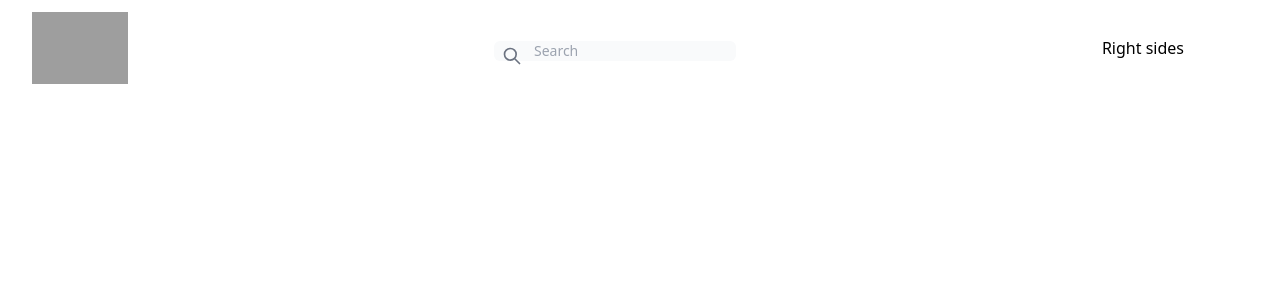
Repository: Mardoqueu/insta-v1
Page: /
The author's editor kept a copy of each file at every save. The page is drawn from the files as they stood at one save, then again after the next save.
The browser window is 1280 px wide. The pictures show the whole page.
Pictures or frames that could not be fetched are drawn as grey boxes. The project was rebuilt for these pictures with package versions that can differ from the ones it lists, and the page was loaded fresh each time. The framework's server and built-in components were replaced by stand-ins that run in the browser. Also part of the build but not shown: next.config.js.

Above is the page before, as saved 2022-08-25 10:15:34.

### pages/index.js
import Head from 'next/head'
import styles from '../styles/Home.module.css'
import Header from './components/Header'

export default function Home() {
  return (
    <div className={styles.container}>
      <Head>
        <title>Instagram</title>
        <meta name="description" content="Generated by create next app" />
        <link rel="icon" href="/favicon.ico" />
      </Head>
    {/*Head*/}
    <Header/>

    {/*Feed*/}

    {/*Modal*/}

    </div>
  )
}

### pages/components/Header.js
import Image from "next/image";
import React from "react";
import { SearchIcon } from "@heroicons/react/outline";

export default function Header() {
  return (
    <div className="flex items-center justify-between max-w-6xl">
      {/* Left */}
      <div className="cursor-pointer h-24 w-24 relative hidden lg:inline-grid">
        <Image
          src="http://www.jennexplores.com/wp-content/uploads/2015/09/Instagram_logo_black.png"
          layout="fill"
          className="object-contain"
        />
      </div>
      <div className="cursor-pointer h-24 w-10 relative  lg:hidden">
        <Image
          src="https://upload.wikimedia.org/wikipedia/commons/thumb/e/e7/Instagram_logo_2016.svg/800px-Instagram_logo_2016.svg.png"
          layout="fill"
          className="object-contain"
        />
      </div>
      {/* Middle */}

      <div className="relative mt-1">
        <div className="absolute top-2 left-2">
        <SearchIcon  className="h-5 text-gray-500" />
        </div>
        <input type="text" placeholder="Search" className="bg-gray-50 pl-10 border-gray-500 text-sm focus:ring-black focus:border-black rounded-md"/>
      </div>

      {/* Right */}

      <h1>Right sides</h1>
    </div>
  );
}

Loaded but not shown: pages/_app.js (common file); styles/globals.css (common file); styles/Home.module.css (common file); tailwind.config.js (common file)

After the next save:
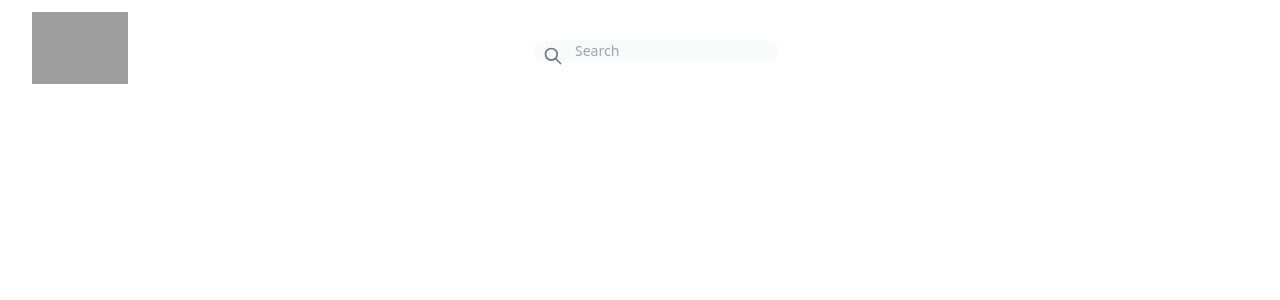
Saved 10 min 4 s later.
--- a/pages/components/Header.js
+++ b/pages/components/Header.js
@@ -31,7 +31,9 @@
 
       {/* Right */}
 
-      <h1>Right sides</h1>
+    <div>
+
+    </div>
     </div>
   );
 }
